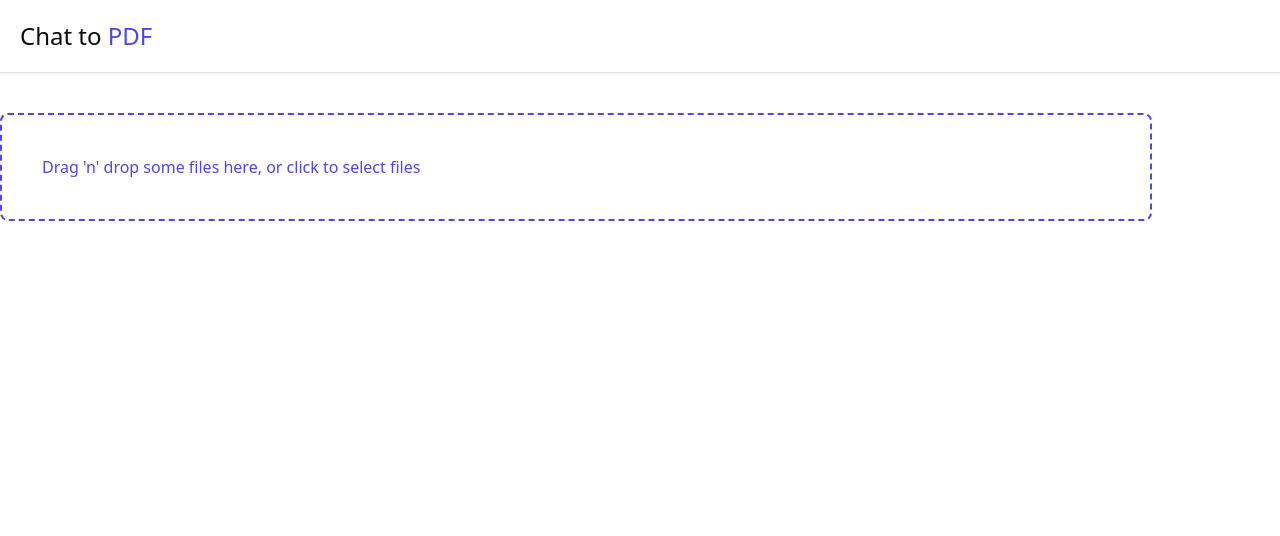
Repository: ankur28/chat-with-pdf
Page: /dashboard/upload
An editor plug-in stored every save of this project. The page is shown before and after a run of saves, followed by the edit.
The browser window is 1280 px wide. The pictures show the whole page.
The page's requests for data from a server got no answer. The project was rebuilt for these pictures with package versions that can differ from the ones it lists, and the page was loaded fresh each time. Some packages were replaced by stand-ins written for this rebuild. The framework's server and built-in components were replaced by stand-ins that run in the browser. No one was signed in, and anything a server would have sent is missing. Also part of the build but not shown: next.config.js, next.config.mjs, lib/utils.ts, components/ui/button.tsx.

Above is the page before, as saved 2024-07-24 19:32:33.

After the next 3 saves:
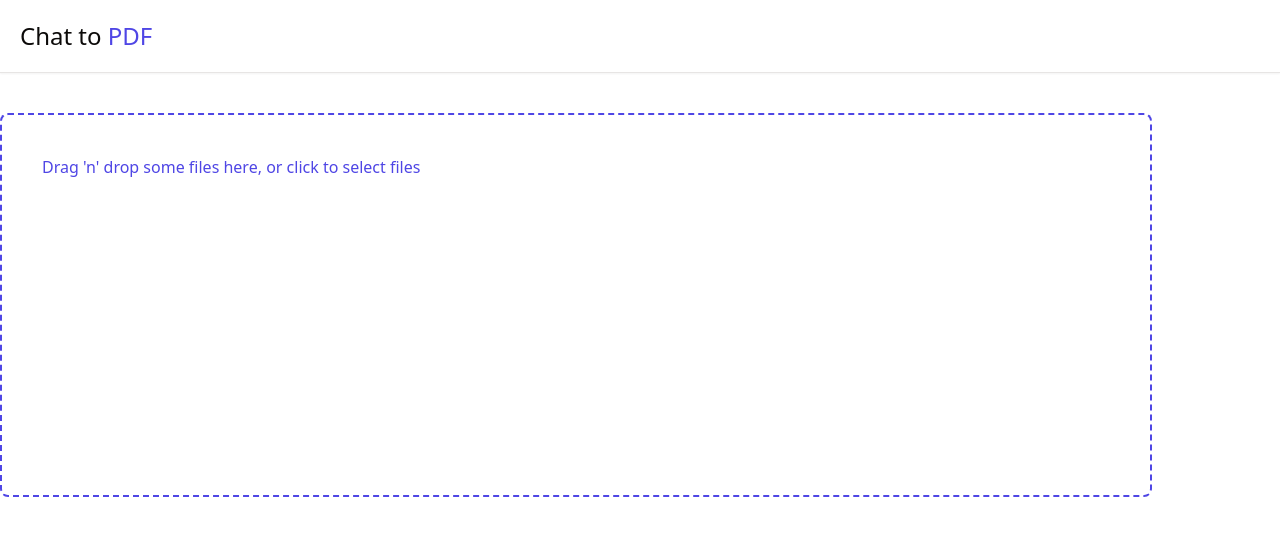
The 3 saves are shown as one change because they came seconds apart.
The last was saved 10 s later.
--- a/app/dashboard/upload/page.tsx
+++ b/app/dashboard/upload/page.tsx
@@ -14,7 +14,7 @@ function UploadPage() {
         {/* Loading section */}
     <div {...getRootProps()}
     className="p-10 border-2 border-dashed mt-10 w-[90%] border-indigo-600 text-indigo-600
-                rounded-lg">
+                rounded-lg h-96 flex">
       <input {...getInputProps()} />
       {
           isDragActive ?
